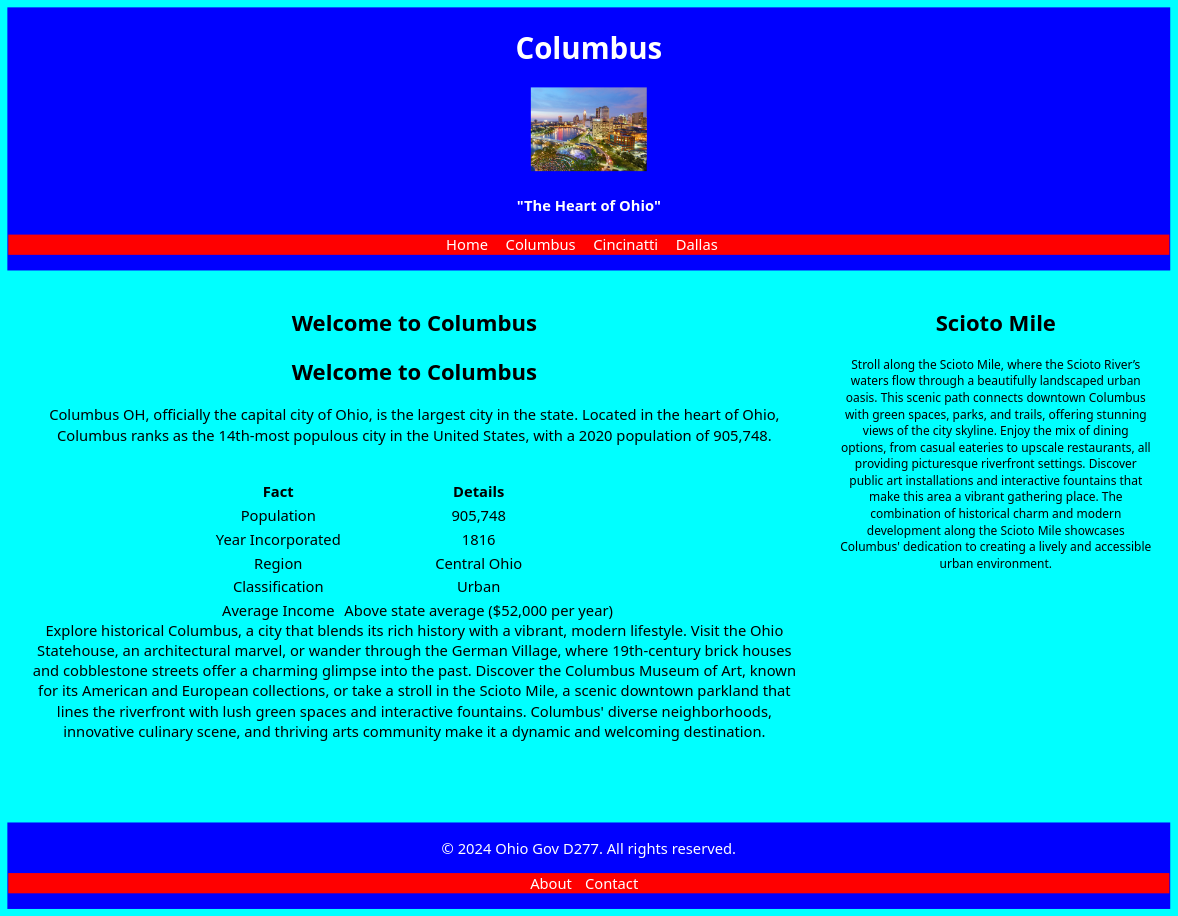
Repository: MikeeBuilds/FEWD-task1
Page: columbus.html
The author's editor kept a copy of each file at every save. The page is drawn from the files as they stood at one save, then again after the next save.
The browser window is 1280 px wide. The pictures show the whole page, at 92% of full size.

Above is the page before, as saved 2024-07-02 17:15:10.

### columbus.html
<!DOCTYPE html>
<html lang="en">

<head>
    <title>Columbus</title>
    <link rel="stylesheet" href="style.css">
</head>

<body>

    <header>
        <h1>Columbus</h1>
        <img src="images/sciotomile.png" alt="Scioto Mile Riverwalk" id="sciotomile">
        <h4>"The Heart of Ohio"</h4>
        <nav>
            <ul>
                <li><a href="index.html">Home</a></li>
                <li><a href="columbus.html">Columbus</a></li>
                <li><a href="cincinatti.html">Cincinatti</a></li>
                <li><a href="Cleveland.html">Dallas</a></li>
            </ul>
        </nav>
    </header>

    <section>
        <h2>Welcome to Columbus</h2>
        <p>

        <h2>Welcome to Columbus</h2>
        <p>
            Columbus OH, officially the capital city of Ohio, is the largest city in the state. Located in the heart of Ohio, Columbus ranks as the 14th-most populous city in the United States, with a 2020 population of 905,748.

        </p>

        <table id="table">
            <tr>
                <th>Fact</th>
                <th>Details</th>
            </tr>
            <tr>
                <td>Population</td>
                <td>905,748</td>
            </tr>
            <tr>
                <td>Year Incorporated</td>
                <td>1816</td>
            </tr>
            <tr>
                <td>Region</td>
                <td>Central Ohio</td>
            </tr>
            <tr>
                <td>Classification</td>
                <td>Urban</td>
            </tr>
            <tr>
                <td>Average Income</td>
                <td>Above state average ($52,000 per year)</td>
            </tr>
        </table>

        <p>
            Explore historical Columbus, a city that blends its rich history with a vibrant, modern lifestyle. Visit the Ohio Statehouse, an architectural marvel, or wander through the German Village, where 19th-century brick houses and cobblestone streets offer a charming glimpse into the past. Discover the Columbus Museum of Art, known for its American and European collections, or take a stroll in the Scioto Mile, a scenic downtown parkland that lines the riverfront with lush green spaces and interactive fountains. Columbus' diverse neighborhoods, innovative culinary scene, and thriving arts community make it a dynamic and welcoming destination.
        </p>
    </section>

    <aside>
        <h2>Scioto Mile</h2>
        <p class="asideparagraph">
            Stroll along the Scioto Mile, where the Scioto River’s waters flow through a beautifully landscaped urban oasis. This scenic path connects downtown Columbus with green spaces, parks, and trails, offering stunning views of the city skyline. Enjoy the mix of dining options, from casual eateries to upscale restaurants, all providing picturesque riverfront settings. Discover public art installations and interactive fountains that make this area a vibrant gathering place. The combination of historical charm and modern development along the Scioto Mile showcases Columbus' dedication to creating a lively and accessible urban environment.
        </p>
    </aside>

    <footer>
        <p>&copy; 2024 Ohio Gov D277. All rights reserved.</p>
        <nav>
            <ul>
                <li><a href="about.html">About</a></li>
                <li><a href="contact.html">Contact</a></li>
            </ul>
        </nav>
    </footer>

</body>

</html>

### style.css
body {
    background-color: aqua;
    font-family:system-ui, -apple-system, BlinkMacSystemFont, 'Segoe UI', Roboto, Oxygen, Ubuntu, Cantarell, 'Open Sans', 'Helvetica Neue', sans-serif;
}

header {
    clear: both;
    background-color: blue;
    color: white;
    padding: 1px;
    text-align: center;
}

nav {
    background-color: red;
    color: white;
}

nav ul {
    list-style: none;
    padding: 0;
}

nav ul li {
    display: inline-block;
    margin-right: 15px;
}

nav ul li a {
    text-decoration: none;
    color: white;
}

nav ul li a:hover {
    color: red;
    background-color: blue;
}

section {
    width: 70%;
    float: left;
    padding: 20px;
    box-sizing: border-box;
    text-align: center;
    height:600px;
    overflow-y: auto;
}


aside {
    width: 30%;
    float: left;
    padding: 20px;
    box-sizing: border-box;
    text-align: center;
    height: 600px;
    overflow-y: auto;
}

footer {
    clear: both;
    background-color: blue;
    color: white;
    padding: 1px;
    text-align: center;
}

footer nav ul {
    list-style: none;
}

footer nav ul li {
    display: inline-block;
    margin-right: 10px;
}

footer nav ul li a {
    text-decoration: none;
    color: white;
}

#table {
    position:relative;
    top: 20px;
    margin: 0px auto;
}

.asideparagraph {
   font-size: small;
}

.absolute-note {
    position: absolute;
    top: 10px;
    left: 10px;
    background-color: red;
    padding: 5px;
    border: 1px solid black;
}

main {
    width: 70%;
    margin: 0 auto;
    text-align: center;
}

form label {
    display: block;
    margin-top: 10px;
}
form input, form textarea {
    display: block;
    width: 100%;
    padding: 8px;
    margin-top: 5px;
}
form input[type="submit"] {
    width: auto;
    margin-top: 20px;
}

#ohioicon {
    width: 10%;
    height: auto;
}

#sciotomile{
    width: 10%;
    height: auto;
}

After the next save:
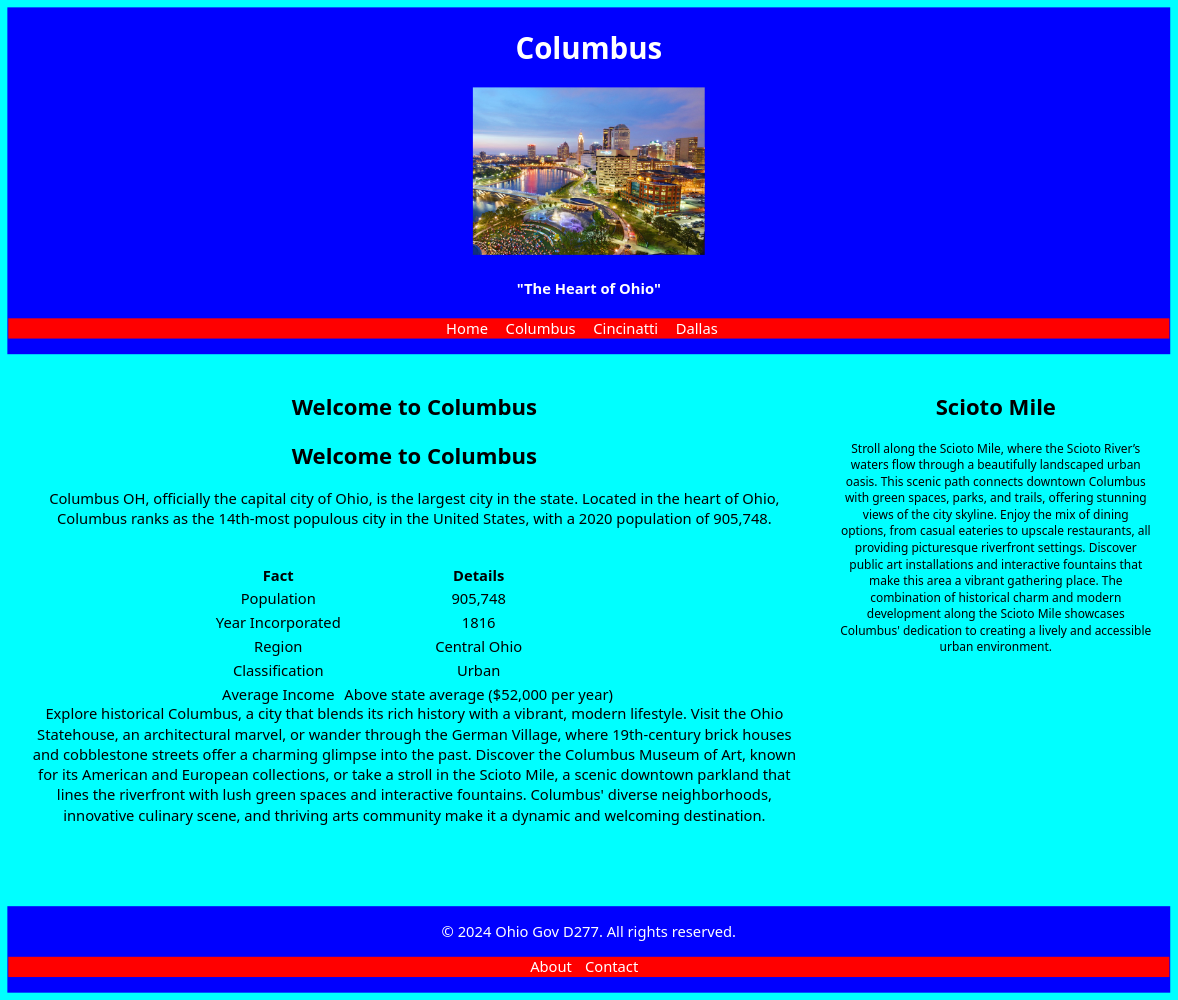
Saved 18 s later.
--- a/style.css
+++ b/style.css
@@ -125,6 +125,6 @@ form input[type="submit"] {
 }
 
 #sciotomile{
-    width: 10%;
+    width: 20%;
     height: auto;
 }
